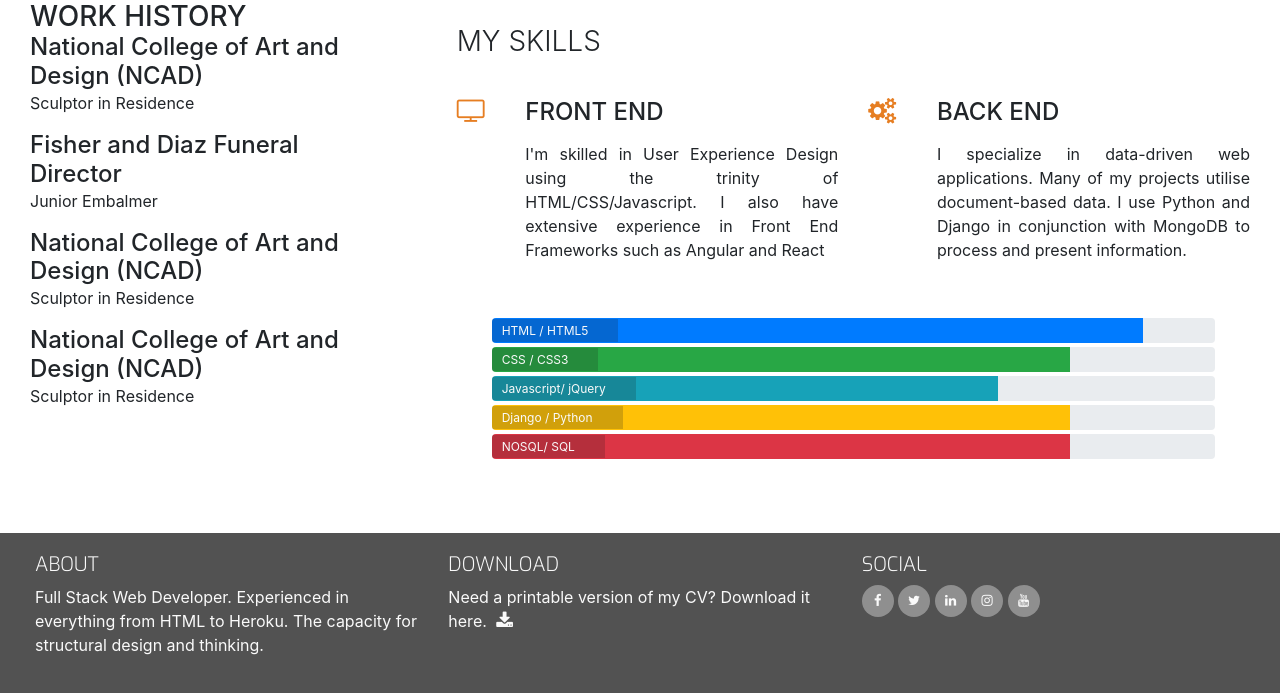
Repository: SimonGeorgeNZ/UCD-Resume
Page: resume.html
The author's editor kept a record of every edit. The page is drawn from the files as they stood at one moment, then again after the next edit.
The browser window is 1280 px wide. The pictures show the part of the page from y = 369 to 1062 px (the page is 1062 px tall).
Some web libraries are served in a nearby version.

Above is the page before.

After the next edit:
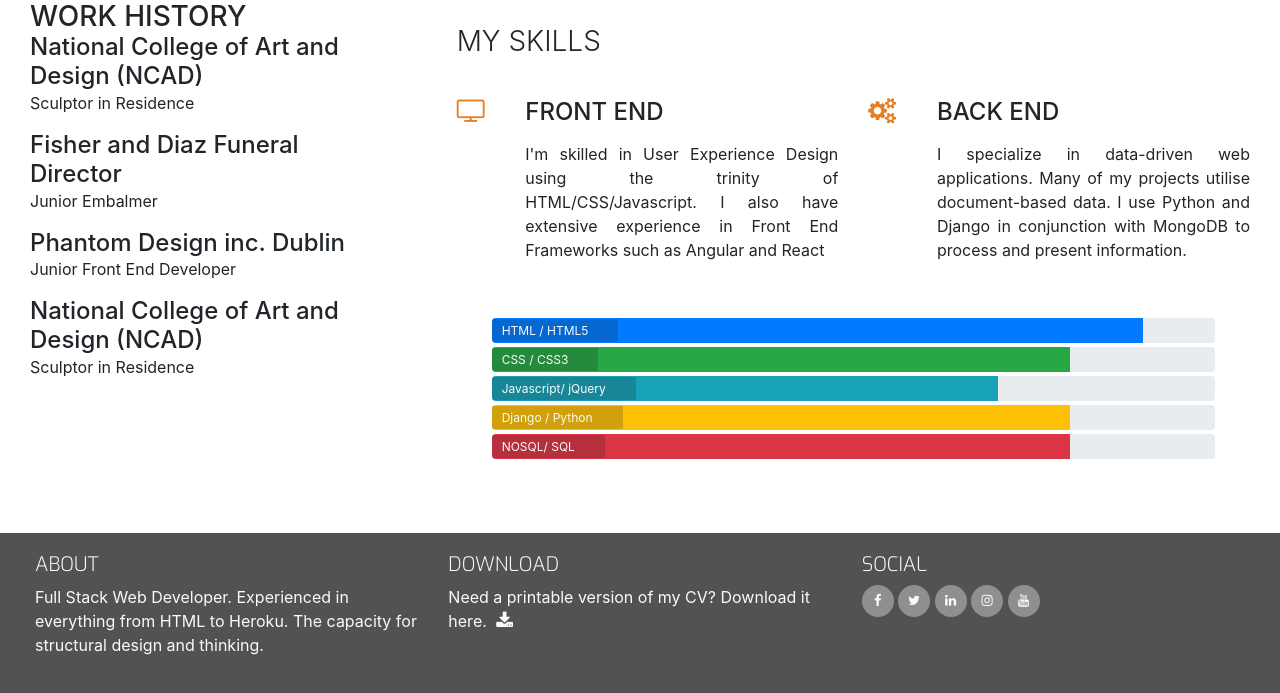
The edit:
--- a/resume.html
+++ b/resume.html
@@ -62,9 +62,9 @@
                     <h4>Fisher and Diaz Funeral Director</h4>
                     <p>Junior Embalmer</p>
                 </div>
-                <div class="timeline-item" data-dates="02/1998 - 04/2004">
-                    <h4>National College of Art and Design (NCAD)</h4>
-                    <p>Sculptor in Residence</p>
+                <div class="timeline-item" data-dates="06/2008 - 04/2004">
+                    <h4>Phantom Design inc. Dublin</h4>
+                    <p>Junior Front End Developer</p>
                 </div>
                 <div class="timeline-item" data-dates="02/1998 - 04/2004">
                     <h4>National College of Art and Design (NCAD)</h4>
